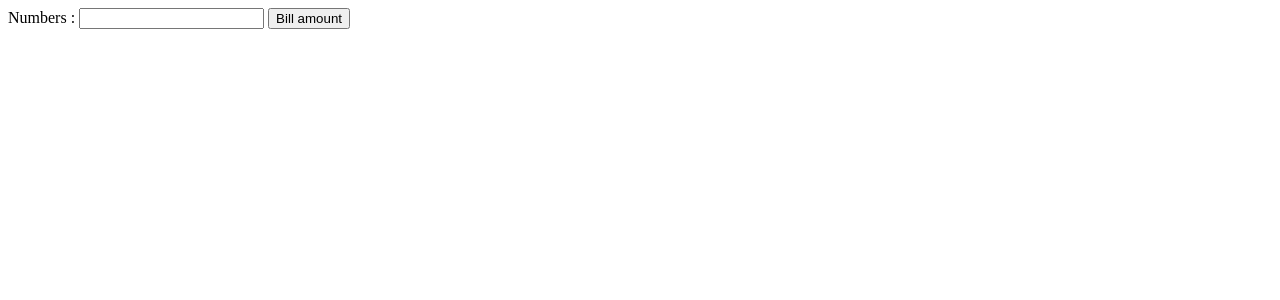
Repository: yash112021/Cdac_lab_Work
Page: 250845920104_Advance_java/Day3_20_11_25/DemoServlet/src/main/webapp/WEB-INF/mBill.html
These files come from the project's save history. The page is drawn as it stood at one moment and after the next save; the edit follows.
The browser window is 1280 px wide. The pictures show the whole page.

Above is the page before, as saved 2025-11-22 09:01:47.

### 250845920104_Advance_java/Day3_20_11_25/DemoServlet/src/main/webapp/WEB-INF/mBill.html
<!DOCTYPE html>
<html>
<head>
<meta charset="ISO-8859-1">
<title>Insert title here</title>
</head>
<body>
<form action="billcalc">
  Numbers : <input type="number" name = "units" id="units"></input>
  <button type="submit" name"btn" id="btn">Bill amount</button>
</form>
</body>
</html>

After the next save:
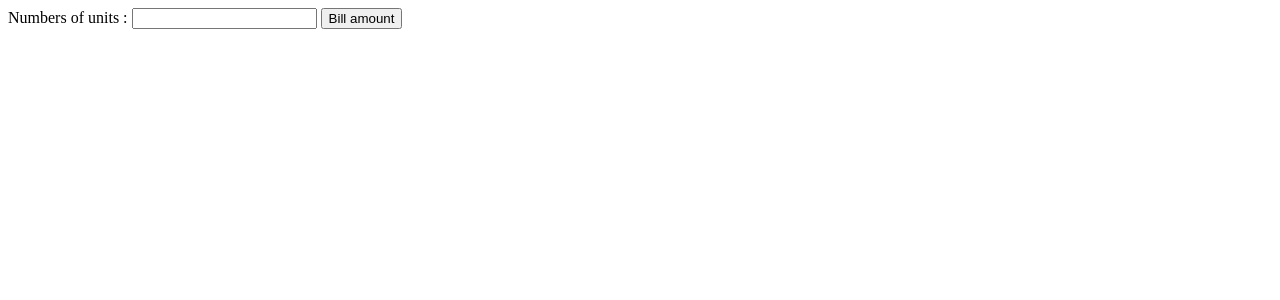
Saved 3 min 1 s later.
--- a/250845920104_Advance_java/Day3_20_11_25/DemoServlet/src/main/webapp/WEB-INF/mBill.html
+++ b/250845920104_Advance_java/Day3_20_11_25/DemoServlet/src/main/webapp/WEB-INF/mBill.html
@@ -5,9 +5,9 @@
 <title>Insert title here</title>
 </head>
 <body>
-<form action="billcalc">
-  Numbers : <input type="number" name = "units" id="units"></input>
-  <button type="submit" name"btn" id="btn">Bill amount</button>
+<form action="billcalc" method="get">
+  Numbers of units : <input type="number" name = "units" id="units"></input>
+  <button type="submit" name="btn" id="btn">Bill amount</button>
 </form>
 </body>
 </html>
